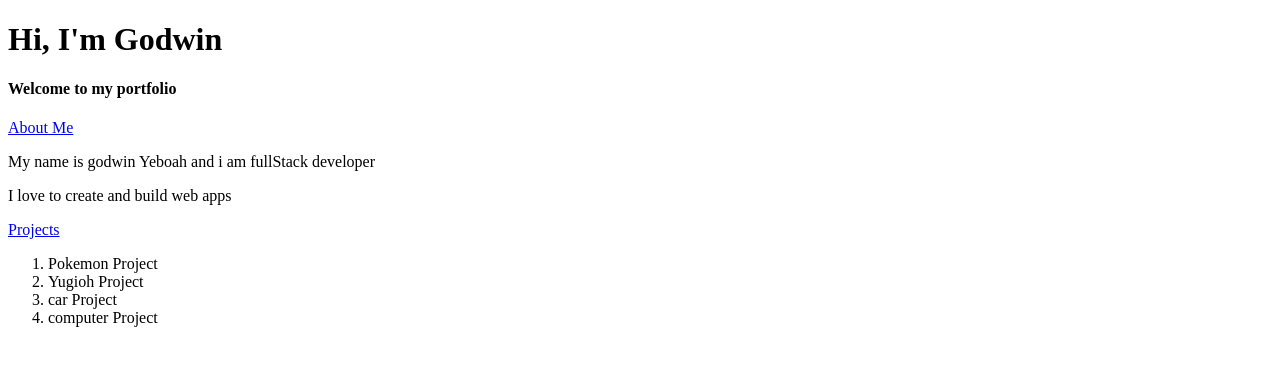
Repository: GodwinYeboah1/Java-Assignment-
Page: SpringIntro/springProjects/portfolio/src/main/resources/static/index.html
The author's editor kept a copy of each file at every save. The page is drawn from the files as they stood at one save, then again after the next save.
The browser window is 1280 px wide. The pictures show the whole page.

Above is the page before, as saved 2018-03-09 20:39:01.

### SpringIntro/springProjects/portfolio/src/main/resources/static/index.html
<!DOCTYPE html>
<html>
<head>
	<title></title>
	<link rel="stylesheet" type="text/css" href="css/style.css">

</head>
<body>
		<h1>Hi, I'm Godwin</h1>
		<h4>Welcome to my portfolio</h4>

		<div>
		<a href="/aboutMe"> About Me</a>

			<div id="aboutMe">
			   <p> My name is godwin Yeboah and i am  fullStack developer</p>
			   <p> I love to create  and build web apps </p>
			</div>

		</div>
		<div>
		<a href="/project"> Projects</a>

			<div id="projects">

				<ol>
					<li> Pokemon Project </li>
					<li> Yugioh Project </li>
					<li> car Project </li>
					<li> computer Project </li>
				</ol>

			</div>

		</div>

</body>
</html>

### SpringIntro/springProjects/portfolio/src/main/resources/static/css/style.css
body{
	backgorund : blue;
}

After the next save:
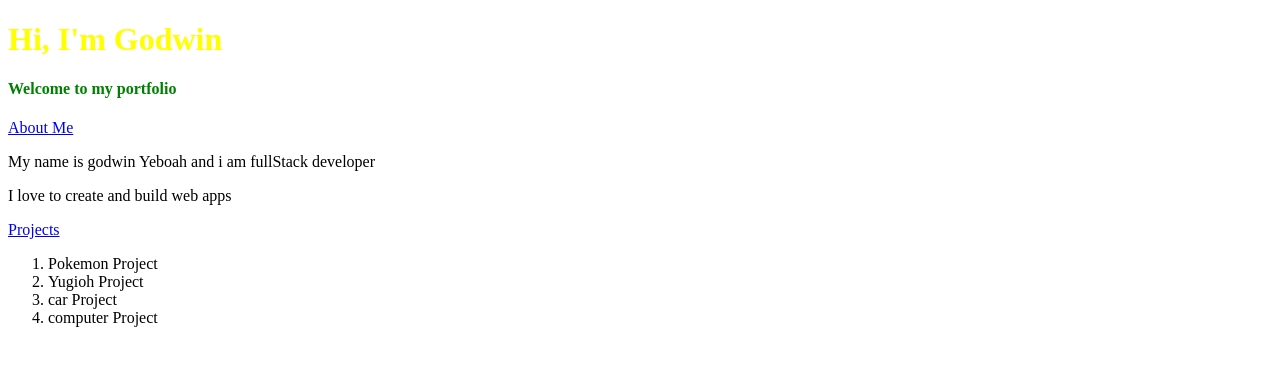
Saved 29 s later.
--- a/SpringIntro/springProjects/portfolio/src/main/resources/static/css/style.css
+++ b/SpringIntro/springProjects/portfolio/src/main/resources/static/css/style.css
@@ -1,3 +1,12 @@
 body{
 	backgorund : blue;
 }
+h1 {
+      color: yellow;
+}
+h3{
+	color:red;
+}
+h4{
+	color:green;
+}
